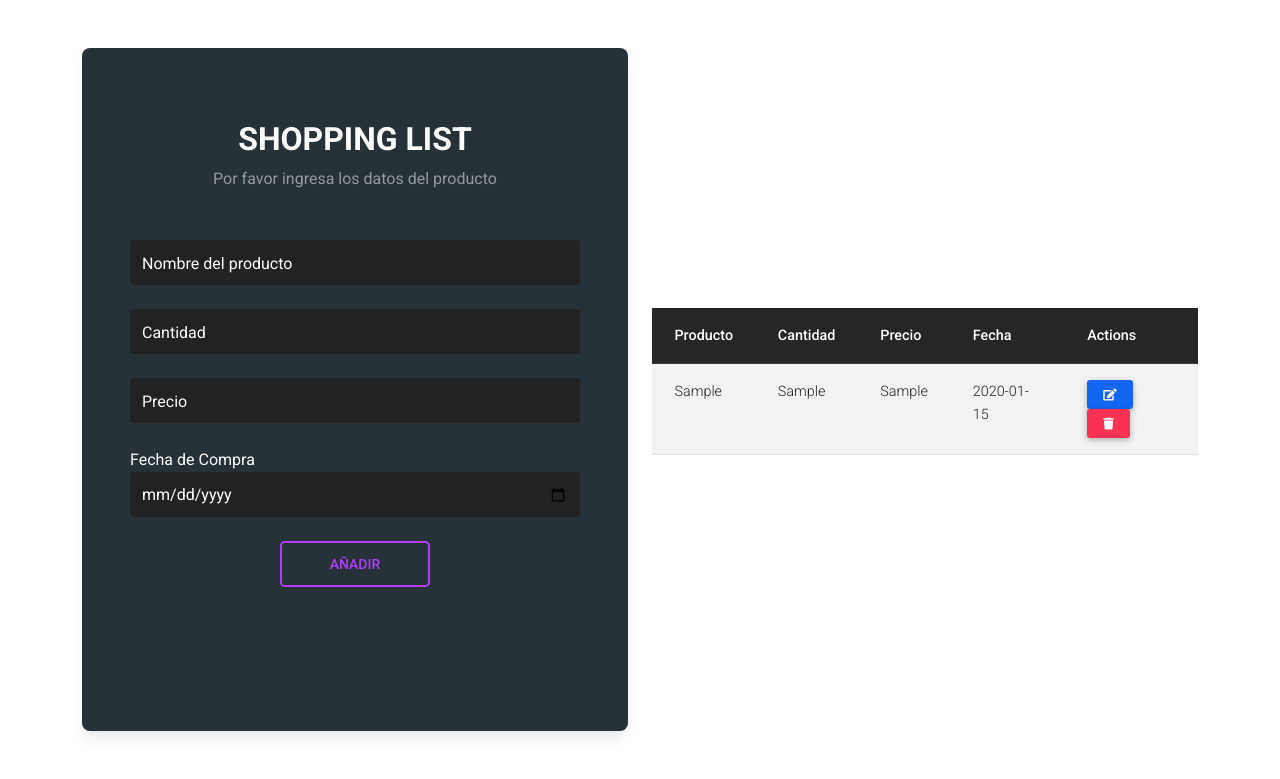
Repository: JsSousa/crudJs
Page: index.html
These files come from the project's save history. The page is drawn as it stood at one moment and after the next save; the edit follows.
The browser window is 1280 px wide. The pictures show the whole page.
Empty fields were first filled with sample values (such as "Sample", 5 or name@example.com).
After loading, the first visible `#formProduct` was submitted once.
Some web libraries are served in a nearby version.

Above is the page before, as saved 2021-10-11 22:21:11.

### index.html
<!DOCTYPE html>
<html lang="en">

<head>
    <meta charset="UTF-8">
    <meta http-equiv="X-UA-Compatible" content="IE=edge">
    <meta name="viewport" content="width=device-width, initial-scale=1.0">
    <title>Document</title>

    <!-- Font Awesome -->
    <link href="https://cdnjs.cloudflare.com/ajax/libs/font-awesome/5.15.1/css/all.min.css" rel="stylesheet" />
    <!-- Google Fonts -->
    <link href="https://fonts.googleapis.com/css?family=Roboto:300,400,500,700&display=swap" rel="stylesheet" />
    <!-- MDB -->
    <link href="https://cdnjs.cloudflare.com/ajax/libs/mdb-ui-kit/3.6.0/mdb.min.css" rel="stylesheet" />

    <link rel="stylesheet" href="css/css.css">
</head>

<body>


    <section class=" gradient-custom">
        <div class="container py-5 ">
            <div class="row d-flex justify-content-center align-items-center ">
                <div class="col-6 col-md-6 col-lg-6">
                    <div class="card  text-white" style="background-color: #263238">
                        <form class="card-body p-5 text-center" id="formProduct" name="formProduct">

                            <div class="mb-md-5 mt-md-4 pb-5">

                                <h2 class="fw-bold mb-2 text-uppercase">Shopping List</h2>
                                <p class="text-white-50 mb-5">Por favor ingresa los datos del producto</p>

                                <div class="form-outline form-white mb-4">
                                    <input type="text" id="productName" name="productName" class="form-control form-control-lg" />
                                    <label class="form-label" for="productName">Nombre del producto</label>
                                </div>

                                <div class="form-outline form-white mb-4">
                                    <input type="text" id="productQuantity" name="productQuantity" class="form-control form-control-lg" />
                                    <label class="form-label" for="productQuantity">Cantidad</label>
                                </div>

                                <div class="form-outline form-white mb-4">
                                    <input type="text" id="productPrice" name="productPrice" class="form-control form-control-lg" />
                                    <label class="form-label" for="productPrice">Precio</label>
                                </div>

                                <div class="form-outline form-white mb-4 text-start">
                                    <label for="boughtAt">Fecha de Compra</label>
                                    <input type="date" id="boughtAt" name="boughtAt" class="form-control form-control-lg" />
                                </div>

                                <button class="btn btn-outline-secondary btn-lg px-5" type="submit">Añadir</button>

                            </div>


                        </form>
                    </div>
                </div>
                <div class="col-6 col-md-6 col-lg-6">
                    <form name="formTable">
                        <table class="table table-striped table-hover">
                            <thead class="table-dark">
                                <tr>
                                    <th>Producto</th>
                                    <th>Cantidad</th>
                                    <th>Precio</th>
                                    <th>Fecha</th>
                                    <th>Actions</th>
                                </tr>
                            </thead>
                            <tbody id="productsList">
                            </tbody>
                        </table>
                    </form>
                </div>
            </div>
        </div>
    </section>


    <section>
        <div class="container">
            <div class="row">

            </div>
        </div>
    </section>

    <script src="https://cdn.jsdelivr.net/npm/bootstrap@5.1.3/dist/js/bootstrap.bundle.min.js" integrity="sha384-ka7Sk0Gln4gmtz2MlQnikT1wXgYsOg+OMhuP+IlRH9sENBO0LRn5q+8nbTov4+1p" crossorigin="anonymous"></script>
    <script src="js/app.js"></script>
    <!-- <script src="js/index.js"></script>
    <script src="js/crud.js"></script> -->
</body>

</html>

### css/css.css
.form-outline.form-white .form-control {
    background-color: #222;
}

i {
    cursor: pointer;
}

### js/app.js
// Variables Globales
const formularioUI = document.getElementById('formProduct');
const productsListUI = document.getElementById('productsList');

let arrayProducts = [];

// Funciones
const CreateProduct = (formulario) => {

    let product = {
        name: formulario.name,
        quantity: formulario.quantity,
        price: formulario.price,
        boughtAt: formulario.boughtAt
    }

    arrayProducts.push(product);
    return product;
}

const EditProduct = (formulario) => {

    arrayProducts.map(product => {
        product.name = formulario.name;
        product.quantity = formulario.quantity;
        product.price = formulario.price;
        product.boughtAt = formulario.boughtAt;
    });

    SaveDB();
}

const SaveDB = () => {
    localStorage.setItem('Productos', JSON.stringify(arrayProducts));

    DrawDB();
}

const DrawDB = () => {
    productsListUI.innerHTML = '';
    arrayProducts = JSON.parse(localStorage.getItem('Productos'));

    if (arrayProducts === null) {
        arrayProducts = [];
    } else {
        arrayProducts.forEach(element => {
            productsListUI.innerHTML += `<tr>
            <td>${element.name}</td>
            <td>${element.quantity}</td>
            <td>${element.price}</td>
            <td>${element.boughtAt}</td>
            <td class="colActions">

            <button type="button" id="btnEdit${element.name}" data-bs-toggle="modal" data-bs-target="#exampleModal" name="btn-edit" class="btn btn-primary btn-sm"><i class="fa fa-edit text-ligth" aria-hidden="true"></i></button>
            <button type="button" id="btnDelete${element.name}" name="btn-delete" class="btn btn-danger btn-sm"><i class="fa fa-trash text-ligth" aria-hidden="true"></i></button>
            </td>
        </tr>

        <!-- Modal -->
        <div class="modal fade" id="exampleModal" tabindex="-1" aria-labelledby="exampleModalLabel" aria-hidden="true">
            <div class="modal-dialog">
                <div class="modal-content">
                    <div class="modal-header">
                        <h5 class="modal-title" id="exampleModalLabel">Modal title</h5>
                        <button type="button" class="btn-close" data-bs-dismiss="modal" aria-label="Close"></button>
                    </div>
                    <div class="modal-body">
                        <form class="card-body p-5 text-center" id="formProduct" name="formProduct">

                            <div class="mb-md-5 mt-md-4 pb-5">

                                <h2 class="fw-bold mb-2 text-uppercase">Shopping List</h2>
                                <p class="text-white-50 mb-5">Por favor ingresa los datos del producto</p>

                                <div class="form-outline form-white mb-4">
                                    <input type="text" id="productName" name="productName" class="form-control form-control-lg" value="${element.name}" />
                                    <label  for="productName">Nombre del producto</label>
                                </div>

                                <div class="form-outline form-white mb-4">
                                    <input type="text" id="productQuantity" name="productQuantity" class="form-control form-control-lg" value="${element.quantity}" />
                                    <label  for="productQuantity">Cantidad</label>
                                </div>

                                <div class="form-outline form-white mb-4">
                                    <input type="text" id="productPrice" name="productPrice" class="form-control form-control-lg" value="${element.price}" />
                                    <label  for="productPrice">Precio</label>
                                </div>

                                <div class="form-outline form-white mb-4 text-start">
                                    <label for="boughtAt">Fecha de Compra</label>
                                    <input type="date" id="boughtAt" name="boughtAt" class="form-control form-control-lg" value="${element.boughtAt}" />
                                </div>

                            </div>


                        </form>
                    </div>
                    <div class="modal-footer">
                        <button type="button" class="btn btn-secondary" data-bs-dismiss="modal">Close</button>
                        <button type="submit" class="btn btn-primary">Save changes</button>
                    </div>
                </div>
            </div>
        </div>
        `
        });
    }
}

// EventListener

formularioUI.addEventListener('submit', (e) => {
    e.preventDefault();
    let productUI = {
        name: document.getElementById('productName').value,
        quantity: document.getElementById('productQuantity').value,
        price: document.getElementById('productPrice').value,
        boughtAt: document.getElementById('boughtAt').value
    }

    CreateProduct(productUI);
    EditProduct(productUI);
    SaveDB();

    formularioUI.reset();
});

document.addEventListener('DOMContentLoaded', DrawDB)

After the next save:
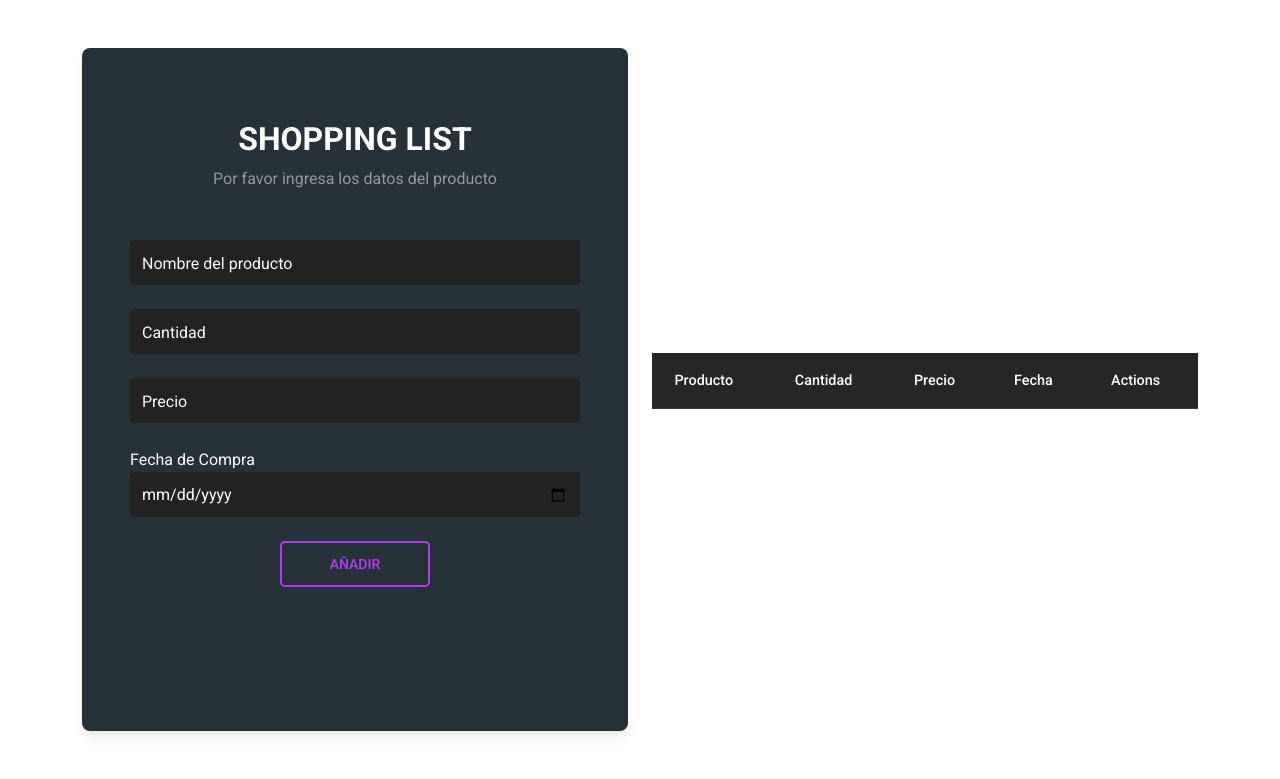
Saved 48 s later.
--- a/js/app.js
+++ b/js/app.js
@@ -120,7 +120,7 @@
         boughtAt: document.getElementById('boughtAt').value
     }
 
-    CreateProduct(productUI);
+    //CreateProduct(productUI);
     EditProduct(productUI);
     SaveDB();
 

After the 2 saves that followed:
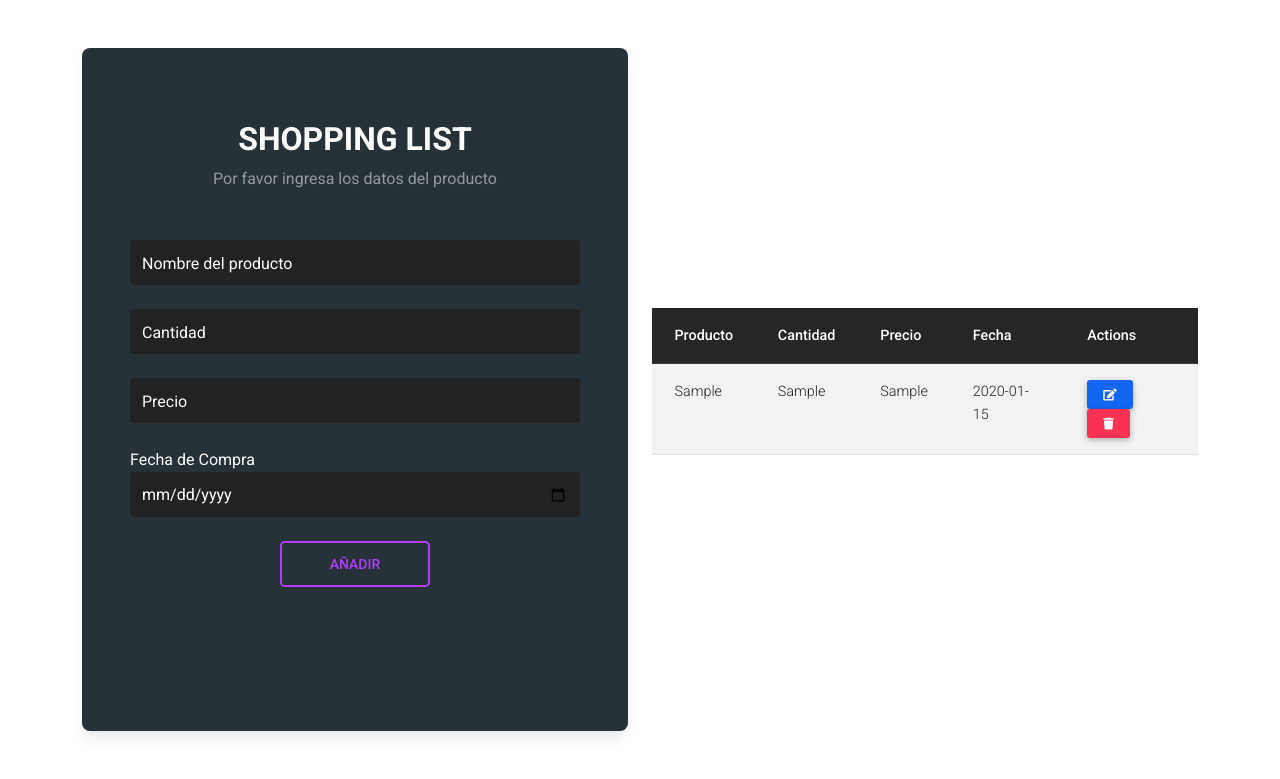
The 2 saves are shown as one change because 1 left the picture as it was.
The last was saved 7 min 38 s later.
--- a/js/app.js
+++ b/js/app.js
@@ -25,9 +25,9 @@
         product.quantity = formulario.quantity;
         product.price = formulario.price;
         product.boughtAt = formulario.boughtAt;
+        SaveDB();
     });
 
-    SaveDB();
 }
 
 const SaveDB = () => {
@@ -99,7 +99,7 @@
                     </div>
                     <div class="modal-footer">
                         <button type="button" class="btn btn-secondary" data-bs-dismiss="modal">Close</button>
-                        <button type="submit" class="btn btn-primary">Save changes</button>
+                        <button type="submit" onclick="${EditProduct}" class="btn btn-primary">Save changes</button>
                     </div>
                 </div>
             </div>
@@ -120,8 +120,7 @@
         boughtAt: document.getElementById('boughtAt').value
     }
 
-    //CreateProduct(productUI);
-    EditProduct(productUI);
+    CreateProduct(productUI);
     SaveDB();
 
     formularioUI.reset();
